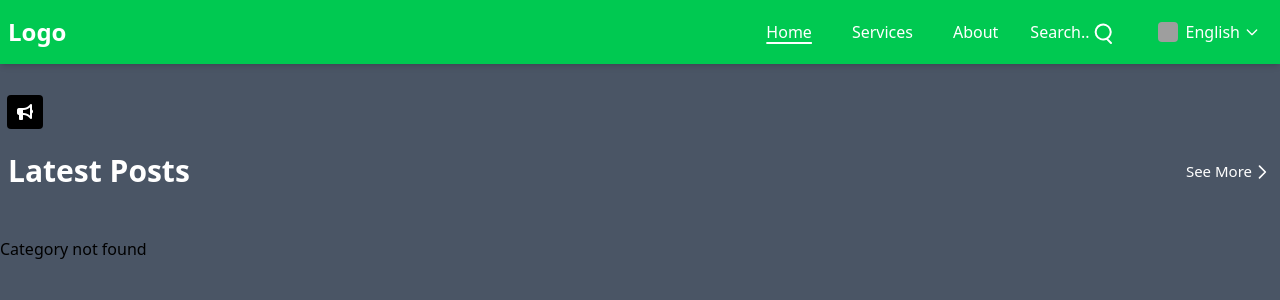
Repository: saroeuntola/we-share
Page: http://localhost/?lang=en
These files come from the project's save history. The page is drawn as it stood at one moment and after a run of saves; the edit follows.
The browser window is 1280 px wide. The pictures show the whole page.
Pictures or frames that could not be fetched are drawn as grey boxes. The page is run by PHP 8.4 with error messages shown; the project is at /var/www/html/. Style sheets and scripts are compiled from the project's sources, by tool versions that may differ from the author's. Queries for data that is not in the repository find no rows.

Above is the page before, as saved 2025-08-28 12:17:26.

### index.php
<!DOCTYPE html>
<html lang="en">

<head>
    <meta charset="UTF-8">
    <meta name="viewport" content="width=device-width, initial-scale=1.0">
    <title>Latest Posts</title>
    <link rel="stylesheet" href="./assets/css/output.css">
    <link rel="stylesheet" href="./assets/css/custom.css">
    <link rel="stylesheet" href="https://cdnjs.cloudflare.com/ajax/libs/font-awesome/6.0.0-beta3/css/all.min.css" />
    <script src="https://code.jquery.com/jquery-3.6.0.min.js"></script>
</head>

<body class="bg-gray-600">
    <header class="fixed z-10 w-full" id="header">
        <?php
        include 'head-bar.php'
        ?>
    </header>

    <main class="max-w-7xl m-auto mt-[95px]">
        <section class="mb-6">
            <?php
            include 'key-frame.php'
            ?>
        </section>

        <section>
            <?php
            include 'last-post-card.php'
            ?>

        </section>

        <section class="mt-6">
            <?php
            include 'programing-card.php'
            ?>
        </section>

        <section class="mt-6">
            <?php
            include 'web-dev-card.php'
            ?>
        </section>
    </main>


</body>

</html>

### head-bar.php
<?php
$currentPage = basename($_SERVER['PHP_SELF']);
$lang = isset($_GET['lang']) && in_array($_GET['lang'], ['en', 'kh']) ? $_GET['lang'] : 'en';
$currentSlug = isset($_GET['slug']) ? $_GET['slug'] : null;

function buildLangUrl($langTarget, $currentPage, $currentSlug)
{
    $params = ['lang' => $langTarget];
    if ($currentPage === 'detail.php' && $currentSlug) {
        $params['slug'] = $currentSlug;
    }
    return $currentPage . '?' . http_build_query($params);
}

// ✅ Helper to check active page
function navItem($page, $label, $lang, $currentPage, $currentSlug)
{
    $isActive = (strpos($currentPage, $page) !== false || ($page === '/' && $currentPage === 'index.php'));
    $baseUrl = $page === '/' ? '/' : $page;
    $params = ['lang' => $lang];
    if ($currentPage === 'detail' && $currentSlug) {
        $params['slug'] = $currentSlug;
    }
    $href = $baseUrl . '?' . http_build_query($params);

    $activeClass = $isActive
        ? 'text-white underline underline-offset-4 decoration-2'  // active link underline
        : 'text-white hover:underline hover:underline-offset-4 hover:decoration-2'; // hover underline

    $langClass = ($lang === 'kh') ? 'khmer-font-nav' : '';

    return "<a href=\"{$href}\" class=\"{$langClass} rounded-md text-base font-medium p-2 {$activeClass}\">{$label}</a>";
}



$menu = [
    'home' => $lang === 'en' ? 'Home' : 'ទំព័រដើម',
    'services' => $lang === 'en' ? 'Services' : 'សេវាកម្ម',
    'about' => $lang === 'en' ? 'About' : 'អំពីយើង',
    'faq' => $lang === 'en' ? 'FAQs' : 'សំណួរ',
    'join' => $lang === 'en' ? 'Join Now' : 'ចូលរួម',
    'search' => $lang === 'en' ? 'Search...' : 'ស្វែងរក...'
];

$languageNames = [
    'en' => 'English',
    'kh' => 'Khmer'
];
?>
<style>
    .khmer-font-nav {
        font-family: "Moul", serif;
        font-weight: 400;
        font-style: normal;
        font-size: 14px;
    }
</style>
<nav class="bg-green-500 shadow-md w-full" id="header">
    <div class="max-w-7xl mx-auto px-2">
        <div class="flex justify-between h-16 items-center">

            <!-- Mobile: Hamburger + Logo -->
            <div class="flex items-center lg:hidden">
                <!-- Hamburger -->
                <button id="menu-btn" class="lg:hidden p-2 text-white cursor-pointer">
                    <!-- Hamburger Icon -->
                    <svg class="w-6 h-6" fill="none" stroke="currentColor" stroke-width="2"
                        viewBox="0 0 24 24" xmlns="http://www.w3.org/2000/svg">
                        <path stroke-linecap="round" stroke-linejoin="round" d="M4 6h16M4 12h16M4 18h16" />
                    </svg>
                </button>
                <script>
                    const menuBtn = document.getElementById('menu-btn');
                    const menuIcon = document.getElementById('menu-icon');
                    const closeIcon = document.getElementById('close-icon');

                    menuBtn.addEventListener('click', () => {
                        menuIcon.classList.toggle('hidden');
                        closeIcon.classList.toggle('hidden');
                    });
                </script>
                <!-- Logo -->
                <a href="#" class="text-2xl font-bold text-white ml-3">Logo</a>
            </div>
            <!-- Desktop: Logo + Menu -->
            <div class="hidden lg:flex justify-between items-center w-full">
                <!-- Logo -->
                <a href="#" class="text-2xl font-bold text-white">Logo</a>
                <!-- Menu Items -->
                <div class="flex space-x-6 items-center">
                    <!-- Desktop Menu Items -->
                    <div class="flex space-x-6 items-center">
                        <?= navItem('/', $menu['home'], $lang, $currentPage, $currentSlug) ?>
                        <?= navItem('services', $menu['services'], $lang, $currentPage, $currentSlug) ?>
                        <?= navItem('about', $menu['about'], $lang, $currentPage, $currentSlug) ?>
                    </div>


                    <!-- Search Icon -->
                    <div class="relative ">

                        <button id="search-icon" class="text-white focus:outline-none flex justify-between items-center cursor-pointer">
                            <p>Search.. <?= $lang === 'en'?'': '' ?></p>
                            <svg class="w-6 h-6 mt-1" fill="none" stroke="currentColor" viewBox="0 0 24 24">
                                <path stroke-linecap="round" stroke-linejoin="round" stroke-width="2"
                                    d="M21 21l-4.35-4.35m0 0A7.5 7.5 0 1110.5 3a7.5 7.5 0 016.15 13.65z" />
                            </svg>
                        </button>
                    </div>

                    <!-- Desktop Language Dropdown -->
                    <div class="relative">
                        <button id="lang-btn-desktop" class="flex items-center text-white px-3 py-2 rounded-md hover:bg-green-600 focus:outline-none">
                            <img id="lang-flag-desktop" src="https://flagcdn.com/<?= $lang === 'en' ? 'us' : 'kh' ?>.svg" class="w-5 h-5 ml-2 rounded-sm" alt="Flag">
                            <span class="ml-2 font-medium"><?= $lang === 'en' ? 'English' : 'Khmer' ?></span>
                            <svg class="w-4 h-4 ml-1" fill="none" stroke="currentColor" viewBox="0 0 24 24">
                                <path stroke-linecap="round" stroke-linejoin="round" stroke-width="2" d="M19 9l-7 7-7-7" />
                            </svg>
                        </button>

                        <div id="lang-menu-desktop" class="hidden absolute right-0 mt-2 w-36 bg-white rounded-md shadow-lg z-50">
                            <?php foreach ($languageNames as $code => $name): ?>
                                <?php if ($code !== $lang): ?>
                                    <a href="<?= buildLangUrl($code, $currentPage, $currentSlug) ?>" class="flex items-center px-4 py-2 text-gray-700 hover:bg-gray-100 transition">
                                        <img src="https://flagcdn.com/<?= $code === 'en' ? 'us' : 'kh' ?>.svg" class="w-5 h-5 mr-2 rounded-sm" alt="<?= $name ?> Flag">
                                        <span class="flex-1 text-right"><?= $name ?></span>
                                    </a>
                                <?php endif; ?>
                            <?php endforeach; ?>
                        </div>
                    </div>


                </div>
            </div>

            <!-- Mobile: Search Icon + Language -->
            <div class="flex items-center lg:hidden space-x-2">
                <!-- Search Icon -->
                <button id="search-icon-mobile" class="text-white focus:outline-none flex justify-center items-center">
                    <p>Search..</p>
                    <svg class="w-6 h-6 mt-1" fill="none" stroke="currentColor" viewBox="0 0 24 24">
                        <path stroke-linecap="round" stroke-linejoin="round" stroke-width="2"
                            d="M21 21l-4.35-4.35m0 0A7.5 7.5 0 1110.5 3a7.5 7.5 0 016.15 13.65z" />
                    </svg>
                </button>

                <!-- Mobile Language Dropdown -->
                <div class="relative">
                    <button id="lang-btn-mobile" class="flex items-center text-white px-3 py-2 rounded-md hover:bg-green-600 focus:outline-none">
                        <img id="lang-flag-mobile" src="https://flagcdn.com/<?= $lang === 'en' ? 'us' : 'kh' ?>.svg" class="w-5 h-5 ml-2 rounded-sm" alt="Flag">
                        <span class="ml-2 font-medium"><?= $lang === 'en' ? 'English' : 'Khmer' ?></span>
                        <svg class="w-4 h-4 ml-1" fill="none" stroke="currentColor" viewBox="0 0 24 24">
                            <path stroke-linecap="round" stroke-linejoin="round" stroke-width="2" d="M19 9l-7 7-7-7" />
                        </svg>
                    </button>

                    <div id="lang-menu-mobile" class="hidden absolute right-0 mt-2 w-36 bg-white rounded-md shadow-lg z-50">
                        <?php foreach ($languageNames as $code => $name): ?>
                            <?php if ($code !== $lang): ?>
                                <a href="<?= buildLangUrl($code, $currentPage, $currentSlug) ?>" class="flex items-center px-4 py-2 text-gray-700 hover:bg-gray-100 transition">
                                    <img src="https://flagcdn.com/<?= $code === 'en' ? 'us' : 'kh' ?>.svg" class="w-5 h-5 mr-2 rounded-sm" alt="<?= $name ?> Flag">
                                    <span class="flex-1 text-right"><?= $name ?></span>
                                </a>
                            <?php endif; ?>
                        <?php endforeach; ?>
                    </div>
                </div>

            </div>
        </div>

        <!-- Mobile Collapsed Menu -->
        <div id="overlay" class="fixed inset-0 bg-black bg-opacity-50 hidden z-40"></div>
        <div id="mobile-menu"
            class="fixed top-0 left-0 h-full w-64 bg-green-600 text-white transform -translate-x-full transition-transform duration-300 ease-in-out z-50">

            <div class="flex flex-col px-5 py-3 space-y-4">
                <button id="close-btn" class="self-end text-white flex justify-end cursor-pointer">
                    ✕
                </button>
                <?= navItem('/', $menu['home'], $lang, $currentPage, $currentSlug) ?>
                <?= navItem('services', $menu['services'], $lang, $currentPage, $currentSlug) ?>
                <?= navItem('about', $menu['about'], $lang, $currentPage, $currentSlug) ?>
            </div>
        </div>


    </div>
</nav>

<!-- Search Modal (shared for Desktop & Mobile) -->
<div id="searchModal" class="fixed inset-0 bg-black bg-opacity-50 hidden z-50 flex items-center justify-center">
    <div class="bg-gray-600 w-full h-full max-w-4xl max-h-full overflow-y-auto relative p-4">
        <!-- Header -->
        <div class="flex justify-between items-center border-b pb-4">
            <h2 class="text-xl text-white font-bold"><?= $lang === 'en' ? 'Search Document' : 'ស្វែងរកឯកសារ' ?></h2>
            <button onclick="closeSearchModal()" class="text-white text-3xl font-bold cursor-pointer">&times;</button>
        </div>

        <!-- Search Input -->
        <div class="mt-4">
            <input type="text" id="search-box" placeholder="<?= $lang === 'en' ? 'Search...' : 'ស្វែងរក...' ?>"
                class="w-full px-4 py-3 rounded-md border focus:outline-none focus:ring-2 focus:ring-green-500 text-white">
        </div>

        <!-- Loading Indicator -->
        <div id="search-loading" class="hidden mt-2 text-white"><?= $lang === 'en' ? 'Loading...' : 'កំពុងផ្ទុក...' ?></div>

        <!-- Search Results Grid -->
        <div id="search-results" class="mt-4 grid grid-cols-1 sm:grid-cols-2 lg:grid-cols-3 gap-4">
            <div class="text-white col-span-full"><?= $lang === 'en' ? 'Type to search...' : 'វាយបញ្ចូលដើម្បីស្វែងរក...' ?></div>
        </div>
    </div>
</div>
<script src="https://cdn.jsdelivr.net/npm/alpinejs@3.x.x/dist/cdn.min.js" defer></script>

<script>
    const closeBtn = document.getElementById('close-btn');
    const mobileMenu = document.getElementById('mobile-menu');
    const overlay = document.getElementById('overlay');

    menuBtn.addEventListener('click', () => {
        mobileMenu.classList.remove('-translate-x-full');
        overlay.classList.remove('hidden');
    });

    closeBtn.addEventListener('click', () => {
        mobileMenu.classList.add('-translate-x-full');
        overlay.classList.add('hidden');
    });

    overlay.addEventListener('click', () => {
        mobileMenu.classList.add('-translate-x-full');
        overlay.classList.add('hidden');
    });




    // Desktop dropdown
    const langBtnDesktop = document.getElementById('lang-btn-desktop');
    const langMenuDesktop = document.getElementById('lang-menu-desktop');

    langBtnDesktop.addEventListener('click', (e) => {
        e.stopPropagation();
        langMenuDesktop.classList.toggle('hidden');
    });

    // Mobile dropdown
    const langBtnMobile = document.getElementById('lang-btn-mobile');
    const langMenuMobile = document.getElementById('lang-menu-mobile');

    langBtnMobile.addEventListener('click', (e) => {
        e.stopPropagation();
        langMenuMobile.classList.toggle('hidden');
    });

    // Close dropdowns when clicking outside
    document.addEventListener('click', () => {
        langMenuDesktop.classList.add('hidden');
        langMenuMobile.classList.add('hidden');
    });



    // Search Modal
    const searchIconDesktop = document.getElementById('search-icon');
    const searchIconMobile = document.getElementById('search-icon-mobile');
    const searchModal = document.getElementById('searchModal');
    const searchBox = document.getElementById('search-box');
    const searchResults = document.getElementById('search-results');
    const searchLoading = document.getElementById('search-loading');

    function openSearchModal() {
        searchModal.classList.remove('hidden');
        searchBox.focus();
    }

    function closeSearchModal() {
        searchModal.classList.add('hidden');
        searchBox.value = '';
        searchResults.innerHTML = '<div class="text-white col-span-full"><?= $lang === "en" ? "Type to search..." : "វាយបញ្ចូលដើម្បីស្វែងរក..." ?></div>';
    }

    searchIconDesktop.addEventListener('click', openSearchModal);
    searchIconMobile.addEventListener('click', openSearchModal);

    window.addEventListener('click', function(e) {
        if (e.target === searchModal) closeSearchModal();
    });

    function debounce(func, delay) {
        let timeout;
        return function() {
            clearTimeout(timeout);
            timeout = setTimeout(() => func.apply(this, arguments), delay);
        }
    }

    searchBox.addEventListener('input', debounce(function() {
        const query = this.value.trim();
        searchResults.innerHTML = '';
        if (!query) {
            searchResults.innerHTML = '<div class="text-white col-span-full"><?= $lang === "en" ? "Type to search..." : "វាយបញ្ចូលដើម្បីស្វែងរក..." ?></div>';
            searchLoading.classList.add('hidden');
            return;
        }
        searchLoading.classList.remove('hidden');

        fetch(`/weshare/search.php?q=${encodeURIComponent(query)}&lang=<?= $lang ?>`)
            .then(res => res.json())
            .then(data => {
                searchLoading.classList.add('hidden');
                searchResults.innerHTML = '';
                if (data.length === 0) {
                    searchResults.innerHTML = '<div class="text-white col-span-full"><?= $lang === "en" ? "No data found" : "រកមិនឃើញទិន្នន័យ។" ?></div>';
                } else {
                    data.forEach(item => {
                        const a = document.createElement('a');
                        a.href = `detail?slug=${item.slug}&lang=<?= $lang ?>`;
                        a.className = 'block border rounded p-3 hover:bg-white bg-white';
                        a.textContent = item.name;
                        searchResults.appendChild(a);
                    });
                }
            })
            .catch(err => {
                searchLoading.classList.add('hidden');
                console.error(err);
            });
    }, 300));
</script>

### last-post-card.php
<?php
include './admin/lib/db.php';
include './admin/lib/post_lib.php';
include './admin/lib/category_lib.php';
include './admin/lib/subcategory_lib.php';
$lang = isset($_GET['lang']) && in_array($_GET['lang'], ['en', 'kh']) ? $_GET['lang'] : 'en';

$postModel = new Post($lang);
$categoryModel = new Category($lang);
$subcategoryModel = new Subcategory($lang);

// Get latest 10 posts
$latestPosts = $postModel->getPosts();
usort($latestPosts, function ($a, $b) {
    return strtotime($b['created_at']) - strtotime($a['created_at']);
});
$displayPosts = array_slice($latestPosts, 0, 8);


?>

<style>
    .scroll-x {
        overflow-x: auto;
        white-space: nowrap;
        padding-bottom: 1rem;
    }

    p,
    h2 {
        color: white;
    }
</style>
<section class="px-2">
    <div class="flex justify-between items-center mb-6">
        <h1 class="text-xl lg:text-3xl md:text-2xl font-bold text-white">Latest Posts</h1>
        <a href="last-post"
            class="inline-flex items-center justify-center text-center text-white hover:text-green-400 text-[15px] transition ">
            See More
            <svg class="w-5 h-5 mt-[1px]" fill="none" stroke="currentColor" stroke-width="2"
                viewBox="0 0 24 24" xmlns="http://www.w3.org/2000/svg">
                <path stroke-linecap="round" stroke-linejoin="round" d="M9 5l7 7-7 7" />
            </svg>
        </a>
    </div>

    <!-- Desktop grid -->
    <div class="hidden md:grid md:grid-cols-3 lg:grid-cols-4 gap-2">
        <?php foreach ($displayPosts as $p): ?>
            <a href="detail.php?slug=<?= htmlspecialchars($p['slug']) ?>&lang=<?= $lang ?>">
                <div class="card bg-gray-800 rounded-lg shadow-md hover:shadow-lg overflow-hidden">
                    <?php if (!empty($p['image'])): ?>
                        <img src="./admin/posts/uploads/<?= htmlspecialchars($p['image']) ?>"
                            alt="<?= htmlspecialchars($p['name']) ?>"
                            class="w-full h-[90px] md:h-[130px] lg:h-[160px] object-cover rounded-none">
                    <?php endif; ?>
                    <div class="card-body px-4 py-2">
                        <h2 class="font-semibold text-lg mb-1"><?= htmlspecialchars($p['name']) ?></h2>

                    </div>
                </div>
            </a>

        <?php endforeach; ?>
    </div>

    <!-- Mobile horizontal scroll -->
    <div class="overflow-x-auto md:hidden py-2">
        <div class="flex space-x-2">
            <?php foreach ($displayPosts as $p): ?>
                <a href="detail.php?slug=<?= htmlspecialchars($p['slug']) ?>" class="flex-shrink-0">
                    <div
                        class="card bg-gray-800 rounded-lg shadow-md hover:shadow-lg overflow-hidden w-[167px] sm:w-[200px]">
                        <?php if (!empty($p['image'])): ?>
                            <img src="./admin/posts/uploads/<?= htmlspecialchars($p['image']) ?>"
                                alt="<?= htmlspecialchars($p['name']) ?>"
                                class="w-full h-[90px] sm:h-[120px] object-cover">
                        <?php endif; ?>
                        <div class="card-body px-2 py-1">
                            <h2 class="font-semibold text-sm break-words"><?= htmlspecialchars($p['name']) ?></h2>
                        </div>
                    </div>
                </a>
            <?php endforeach; ?>
        </div>
    </div>
</section>

### admin/lib/db.php

<?php

function dbConn()
{
   $servername = "localhost";
    $username = "root";
    $password = "";
    $db = "weshare";

    try {
        $conn = new PDO("mysql:host=$servername;dbname=$db", $username, $password);
        $conn->setAttribute(PDO::ATTR_ERRMODE, PDO::ERRMODE_EXCEPTION);
        return $conn;
    } catch (PDOException $e) {
        die("Connection failed: " . $e->getMessage());
    }
}

function dbClose(&$conn)
{
    $conn = null;
}

function dbSelect($table, $column = "*", $criteria = "", $clause = "")
{
    if (empty($table)) return false;

    $sql = "SELECT $column FROM $table";
    if (!empty($criteria)) $sql .= " WHERE $criteria";
    if (!empty($clause)) $sql .= " $clause";

    $conn = dbConn();
    try {
        $stmt = $conn->query($sql);
        $result = $stmt->fetchAll(PDO::FETCH_ASSOC);
        dbClose($conn);
        return $result;
    } catch (PDOException $e) {
        echo "Error in selecting data: " . $e->getMessage();
        return false;
    }
}

function dbInsert($table, $data = array())
{
    if (empty($table) || empty($data)) return false;

    $conn = dbConn();
    $fields = implode(", ", array_keys($data));
    $placeholders = ":" . implode(", :", array_keys($data));
    $sql = "INSERT INTO $table ($fields) VALUES ($placeholders)";

    try {
        $stmt = $conn->prepare($sql);
        $stmt->execute($data);
        dbClose($conn);
        return true;
    } catch (PDOException $e) {
        echo "Error inserting data: " . $e->getMessage();
        return false;
    }
}

function dbUpdate($table, $data = array(), $criteria = "")
{
    if (empty($table) || empty($data) || empty($criteria)) return false;

    $conn = dbConn();
    $setClause = "";
    foreach ($data as $key => $val) {
        $setClause .= "$key = :$key, ";
    }
    $setClause = rtrim($setClause, ", ");
    $sql = "UPDATE $table SET $setClause WHERE $criteria";

    try {
        $stmt = $conn->prepare($sql);
        $stmt->execute($data);
        dbClose($conn);
        return true;
    } catch (PDOException $e) {
        echo "Error updating data: " . $e->getMessage();
        return false;
    }
}

function dbDelete($table, $criteria)
{
    if (empty($table) || empty($criteria)) return false;

    $sql = "DELETE FROM $table WHERE $criteria";
    $conn = dbConn();

    try {
        $stmt = $conn->prepare($sql);
        $stmt->execute();
        dbClose($conn);
        return true;
    } catch (PDOException $e) {
        echo "Error deleting data: " . $e->getMessage();
        return false;
    }
}

function dbCount($table = "", $criteria = "")
{
    if (empty($table)) return false;

    $sql = "SELECT COUNT(*) as count FROM $table";
    if (!empty($criteria)) $sql .= " WHERE $criteria";

    $conn = dbConn();
    try {
        $stmt = $conn->query($sql);
        $result = $stmt->fetch(PDO::FETCH_ASSOC);
        dbClose($conn);
        return $result['count'];
    } catch (PDOException $e) {
        echo "Error counting data: " . $e->getMessage();
        return false;
    }
}

?>

### programing-card.php
<?php

$categoryModel = new Category();
$subcategoryModel = new Subcategory();
$postModel = new Post();

$categorySlug = "programming";

$programingCat = $categoryModel->getCategory($categorySlug);
if (!$programingCat) die("Category not found");

$subcategories = $subcategoryModel->getSubcategoriesByCategorySlug($categorySlug);

$filterSubSlug = $_GET['sub'] ?? null;

$limit = 8;
$posts = $filterSubSlug
    ? $postModel->getPostsByCategoryAndSubcategorySlug($categorySlug, $filterSubSlug, $limit)
    : $postModel->getPostsByCategorySlug($categorySlug, $limit);
?>

<section class="px-2">
    <div class="flex justify-between items-center mb-6">
        <h1 class="text-xl lg:text-3xl md:text-2xl font-bold text-white">Latest Posts</h1>
        <a href="programming"
            class="inline-flex items-center justify-center text-center text-white hover:text-green-400 text-[15px] transition ">
            See More
            <svg class="w-5 h-5 mt-[1px]" fill="none" stroke="currentColor" stroke-width="2"
                viewBox="0 0 24 24" xmlns="http://www.w3.org/2000/svg">
                <path stroke-linecap="round" stroke-linejoin="round" d="M9 5l7 7-7 7" />
            </svg>
        </a>
    </div>
    <!-- Desktop grid -->
    <div class="hidden md:grid md:grid-cols-3 lg:grid-cols-4 gap-2">
        <?php foreach ($posts as $p):
            $sub = $p['subcategory_id'] ? $subcategoryModel->getSubcategory($p['subcategory_id']) : null;
        ?>
            <a href="detail.php?slug=<?= htmlspecialchars($p['slug']) ?>">
                <div class="card bg-gray-800 rounded-lg shadow-md hover:shadow-lg overflow-hidden">
                    <?php if (!empty($p['image'])): ?>
                        <img src="./admin/posts/uploads/<?= htmlspecialchars($p['image']) ?>"
                            alt="<?= htmlspecialchars($p['name']) ?>"
                            class="w-full h-[90px] md:h-[130px] lg:h-[160px] object-cover rounded-none">
                    <?php endif; ?>
                    <div class="card-body px-4 py-2">
                        <h2 class="font-semibold text-lg mb-1"><?= htmlspecialchars($p['name']) ?></h2>

                    </div>
                </div>
            </a>

        <?php endforeach; ?>
    </div>

    <!-- Mobile horizontal scroll -->
    <div class="overflow-x-auto md:hidden py-2">
        <div class="flex space-x-2">
            <?php foreach ($posts as $p): ?>
                <a href="detail.php?slug=<?= htmlspecialchars($p['slug']) ?>" class="flex-shrink-0">
                    <div
                        class="card bg-gray-800 rounded-lg shadow-md hover:shadow-lg overflow-hidden w-[167px] sm:w-[200px]">
                        <?php if (!empty($p['image'])): ?>
                            <img src="./admin/posts/uploads/<?= htmlspecialchars($p['image']) ?>"
                                alt="<?= htmlspecialchars($p['name']) ?>"
                                class="w-full h-[90px] sm:h-[120px] object-cover">
                        <?php endif; ?>
                        <div class="card-body px-2 py-1">
                            <h2 class="font-semibold text-sm break-words"><?= htmlspecialchars($p['name']) ?></h2>
                        </div>
                    </div>
                </a>
            <?php endforeach; ?>
        </div>
    </div>
</section>

### assets/css/custom.css
#header {
  top: 0;
}
.khmer-font {
  font-family: 'Noto Sans Khmer', sans-serif;
}
.khmer-font-nav{
    font-family: "Moul", serif;
    font-weight: 400;
    font-style: normal;
}

Loaded but not shown: assets/css/input.css (common file); admin/lib/post_lib.php (256 lines, source omitted); admin/lib/subcategory_lib.php (169 lines, source omitted); key-frame.php (186 lines, source omitted); admin/lib/category_lib.php (116 lines, source omitted)

After the next 3 saves:
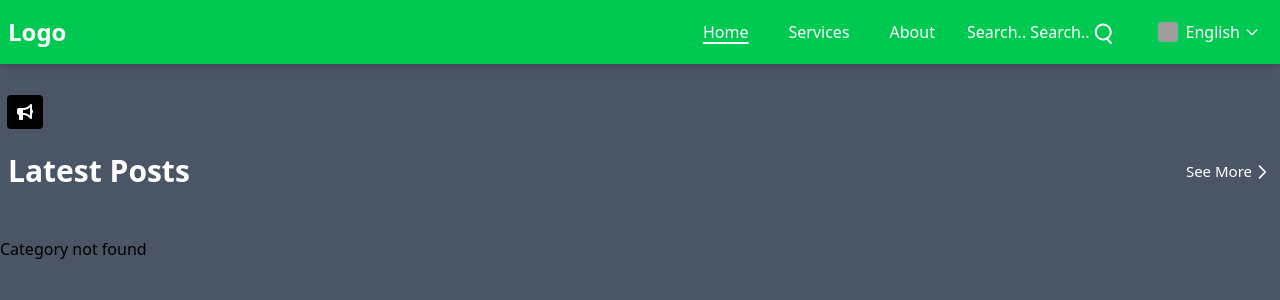
The 3 saves are shown as one change because they came seconds apart.
The last was saved 29 s later.
--- a/head-bar.php
+++ b/head-bar.php
@@ -101,7 +101,7 @@
                     <div class="relative ">
 
                         <button id="search-icon" class="text-white focus:outline-none flex justify-between items-center cursor-pointer">
-                            <p>Search.. <?= $lang === 'en'?'': '' ?></p>
+                            <p>Search.. <?= $lang === 'en'?'Search..': '' ?></p>
                             <svg class="w-6 h-6 mt-1" fill="none" stroke="currentColor" viewBox="0 0 24 24">
                                 <path stroke-linecap="round" stroke-linejoin="round" stroke-width="2"
                                     d="M21 21l-4.35-4.35m0 0A7.5 7.5 0 1110.5 3a7.5 7.5 0 016.15 13.65z" />
